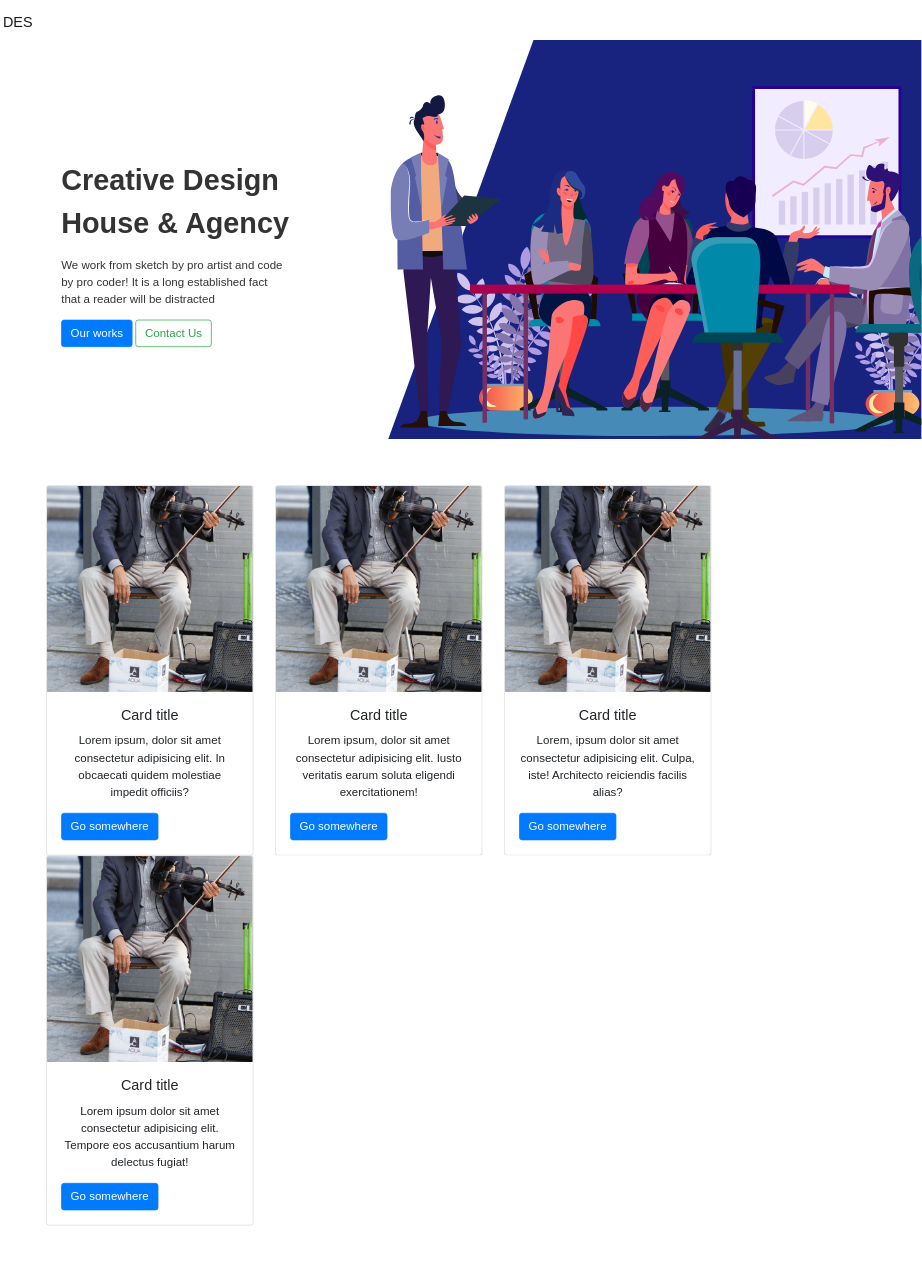
Repository: stephenkayade/Tarm
Page: index.html
An editor plug-in stored every save of this project. The page is shown before and after the next save, followed by the edit.
The browser window is 1280 px wide. The pictures show the whole page, at 72% of full size.

Above is the page before, as saved 2020-05-07 11:17:11.

### index.html
<!DOCTYPE html>
<html lang="en">

<head>
    <meta charset="UTF-8">
    <meta name="viewport" content="width=device-width, initial-scale=1.0">
    <link rel="stylesheet" href="https://stackpath.bootstrapcdn.com/bootstrap/4.4.1/css/bootstrap.min.css"
        integrity="sha384-Vkoo8x4CGsO3+Hhxv8T/Q5PaXtkKtu6ug5TOeNV6gBiFeWPGFN9MuhOf23Q9Ifjh" crossorigin="anonymous">
    <script src="https://code.jquery.com/jquery-3.4.1.slim.min.js"
        integrity="sha384-J6qa4849blE2+poT4WnyKhv5vZF5SrPo0iEjwBvKU7imGFAV0wwj1yYfoRSJoZ+n"
        crossorigin="anonymous"></script>

    <script src="https://stackpath.bootstrapcdn.com/bootstrap/4.4.1/js/bootstrap.min.js"
        integrity="sha384-wfSDF2E50Y2D1uUdj0O3uMBJnjuUD4Ih7YwaYd1iqfktj0Uod8GCExl3Og8ifwB6"
        crossorigin="anonymous"></script>
    <link rel="stylesheet" href="https://stackpath.bootstrapcdn.com/font-awesome/4.7.0/css/font-awesome.min.css">
    <link rel="stylesheet" href="css/style.css">
    <title>Document</title>
</head>

<body>
    <section id="nav-bar">
        <nav class="navbar navbar-expand-lg navbar-light">
            <!-- <h1>DES</h1> -->
            <h1><a class="navbar-brand ml-1" href="#">DES</a></h1>
            <button class="navbar-toggler" type="button" data-toggle="collapse" data-target="#navbarNav"
                aria-controls="navbarNav" aria-expanded="false" aria-label="Toggle navigation">
                <i class="fa fa-bars"></i>
            </button>

            <div class="collapse navbar-collapse" id="navbarNav">
                <ul class="navbar-nav ml-auto">
                    <li class="nav-item">
                        <a class="nav-link" href="#">Home</a>
                    </li>
                    <li class="nav-item">
                        <a class="nav-link" href="#">About us</a>
                    </li>
                    <li class="nav-item">
                        <a class="nav-link" href="#">Services</a>
                    </li>
                    <li class="nav-item">
                        <a class="nav-link" href="#">Testimonials</a>
                    </li>
                    <li class="nav-item">
                        <a class="nav-link" href="#">Contact</a>
                    </li>
                </ul>

            </div>
        </nav>

    </section>

    <!---------------------------banner---------------------------->
    <section id="banner">
        <div class="container">
            <div class="row">
                <div class="col-md-6">
                    <p class="promo-title">Creative Design <br>House & Agency</p>
                    <p>We work from sketch by pro artist and code <br>
                        by pro coder! It is a long established fact <br>
                        that a reader will be distracted</p>
                    <div class="btn-control">
                        <div class="btn btn-primary">Our works</div>
                        <div class="btn btn-outline-success">Contact Us</div>
                    </div>
                </div>

            </div>
        </div>
    </section>

    <section id="img">
        <div class="row">
            <div class="col-md-auto">
                <div class="card" style="width: 18rem;">
                    <img src="./img/man-street-sitting-hat-2995066.jpg" class="card-img-top" alt="...">
                    <div class="card-body">
                        <h5 class="card-title text-center">Card title</h5>
                        <p class="card-text text-center">Lorem ipsum, dolor sit amet consectetur adipisicing elit. In
                            obcaecati quidem molestiae impedit officiis?</p>
                        <a href="#" class="btn btn-primary">Go somewhere</a>
                    </div>
                </div>
            </div>
            <div class="col-md-auto">
                <div class="card" style="width: 18rem;">
                    <img src="./img/man-street-sitting-hat-2995066.jpg" class="card-img-top" alt="...">
                    <div class="card-body">
                        <h5 class="card-title text-center">Card title</h5>
                        <p class="card-text text-center">Lorem ipsum, dolor sit amet consectetur adipisicing elit. Iusto
                            veritatis earum soluta eligendi exercitationem!</p>
                        <a href="#" class="btn btn-primary">Go somewhere</a>
                    </div>
                </div>
            </div>
            <div class="col-md-auto">
                <div class="card" style="width: 18rem;">
                    <img src="./img/man-street-sitting-hat-2995066.jpg" class="card-img-top" alt="...">
                    <div class="card-body">
                        <h5 class="card-title text-center">Card title</h5>
                        <p class="card-text text-center">Lorem, ipsum dolor sit amet consectetur adipisicing elit.
                            Culpa, iste! Architecto reiciendis facilis alias?</p>
                        <a href="#" class="btn btn-primary">Go somewhere</a>
                    </div>
                </div>
            </div>
            <div class="col-md-auto">
                <div class="card" style="width: 18rem;">
                    <img src="./img/man-street-sitting-hat-2995066.jpg" class="card-img-top" alt="...">
                    <div class="card-body">
                        <h5 class="card-title text-center">Card title</h5>
                        <p class="card-text text-center">Lorem ipsum dolor sit amet consectetur adipisicing elit.
                            Tempore eos accusantium harum delectus fugiat!</p>
                        <a href="#" class="btn btn-primary">Go somewhere</a>
                    </div>
                </div>
            </div>
        </div>
    </section>

    <section id="ceo">
        <div class="row">
            <div class="col-md-auto">

            </div>
        </div>
    </section>
    <section id="recommendation">

    </section>


</body>

</html>

### css/style.css
*{
    margin: 0;
    padding: 0;
}
body{
    font-family: sans-serif;
}
#nav-bar{
    position: sticky;
    top: 0;
    z-index: 10;
}
.navbar{
    background-image: cross-fade(to right, #fff,#17237f);
    padding: 0 !important;
}
.navbar-brand img{
    height:40px;
    padding-left: 20px;
}
.navbar-nav li{
    padding: 0 10px;

}
.navbar-nav li a{
    color: #fff !important;
    font-weight: 600;
    float: right;
    text-align: left;
}
.fa-bars{
    color: #fff;
    font-size: 30px !important;
}
#img{
    display: flex;
    flex-direction: row;
    justify-content: center;
    padding: 5%;
}


/* ------------banner section-------------------- */
#banner{
    background: url('/img/adj.svg') no-repeat center center/cover;
    color: #333;
    padding-top: 5%;
    padding-bottom: 10%;
}
.promo-title{
    font-size: 40px;
    font-weight: 600;
    margin-top:100px ;
}
.play-btn{
    width:45px;
    margin: 20px;
}
#banner a{
    color: #fff;
    text-decoration: none;
}
.bottom-img{
    width: 100%;
}
/* ---------------------services section---------------------- */
#services{
    padding: 80px 0;
}
.service-img{
    width: 140px;
    margin-top: 20px;
}
.services{
    padding: 20px;
}
.services h4{
    padding: 5px;
    margin-top: 25px;
    text-transform: uppercase;
}
.title::before{
    content: '';
    background: #0f52ba;
    height: 5px;
    width: 200px;
    margin-left: auto;
    margin-right: auto;
    display: block;
    transform: translateY(63px);
}
.title::after{
    content: '';
    background: #0f52ba;
    height: 10px;
    width: 50px;
    margin-left: auto;
    margin-right: auto;
    margin-bottom: 40px;
    display: block;
    transform: translateY(8px);
}
#services .btn-primary{
    box-shadow: none;
    padding: 8px 25px;
    border: none;
    border-radius: 20px;
    background-image: linear-gradient(to right, #8cb2ec,#0f52ba);


}

After the next save:
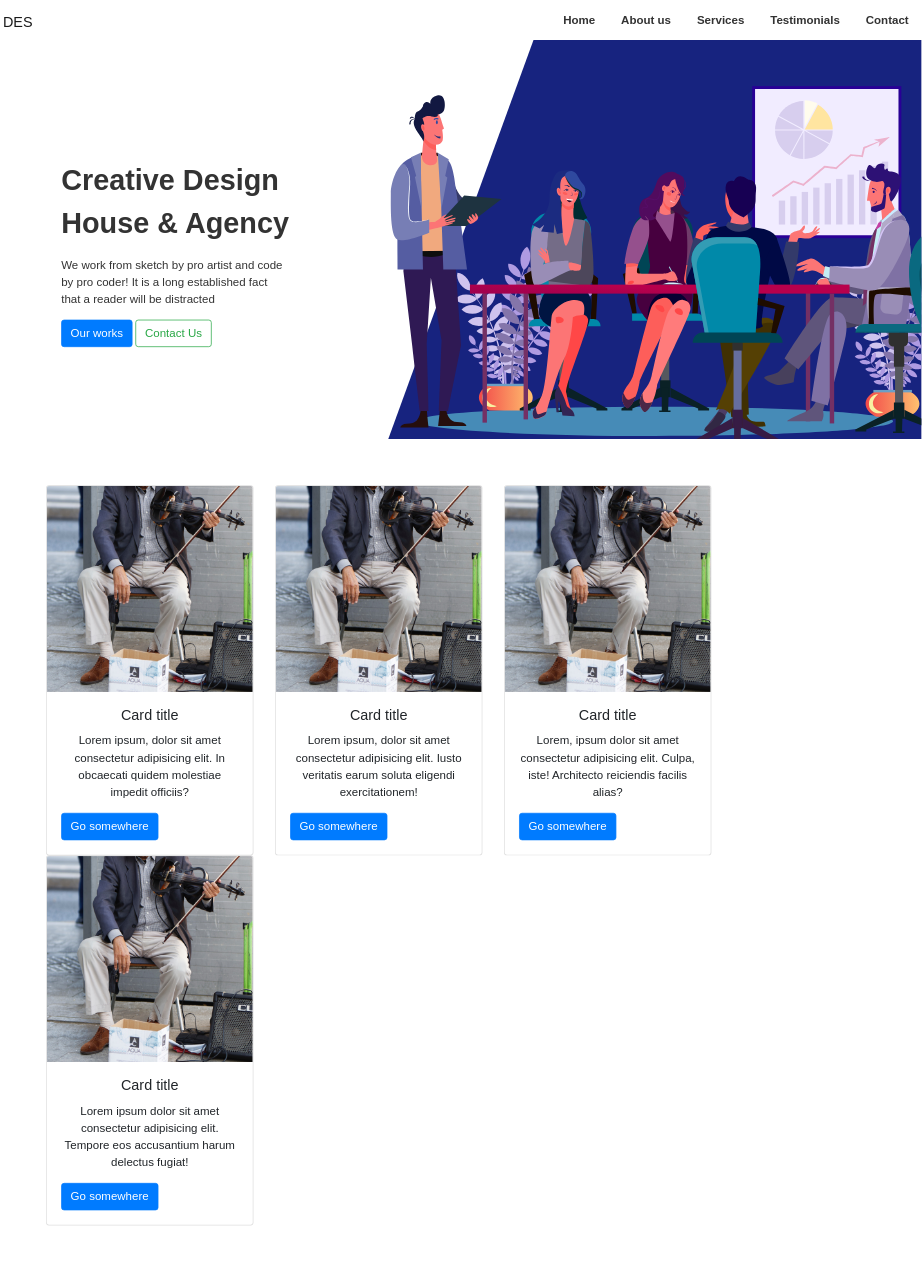
Saved 17 s later.
--- a/css/style.css
+++ b/css/style.css
@@ -23,7 +23,7 @@
 
 }
 .navbar-nav li a{
-    color: #fff !important;
+    color: #333 !important;
     font-weight: 600;
     float: right;
     text-align: left;

After the save that followed:
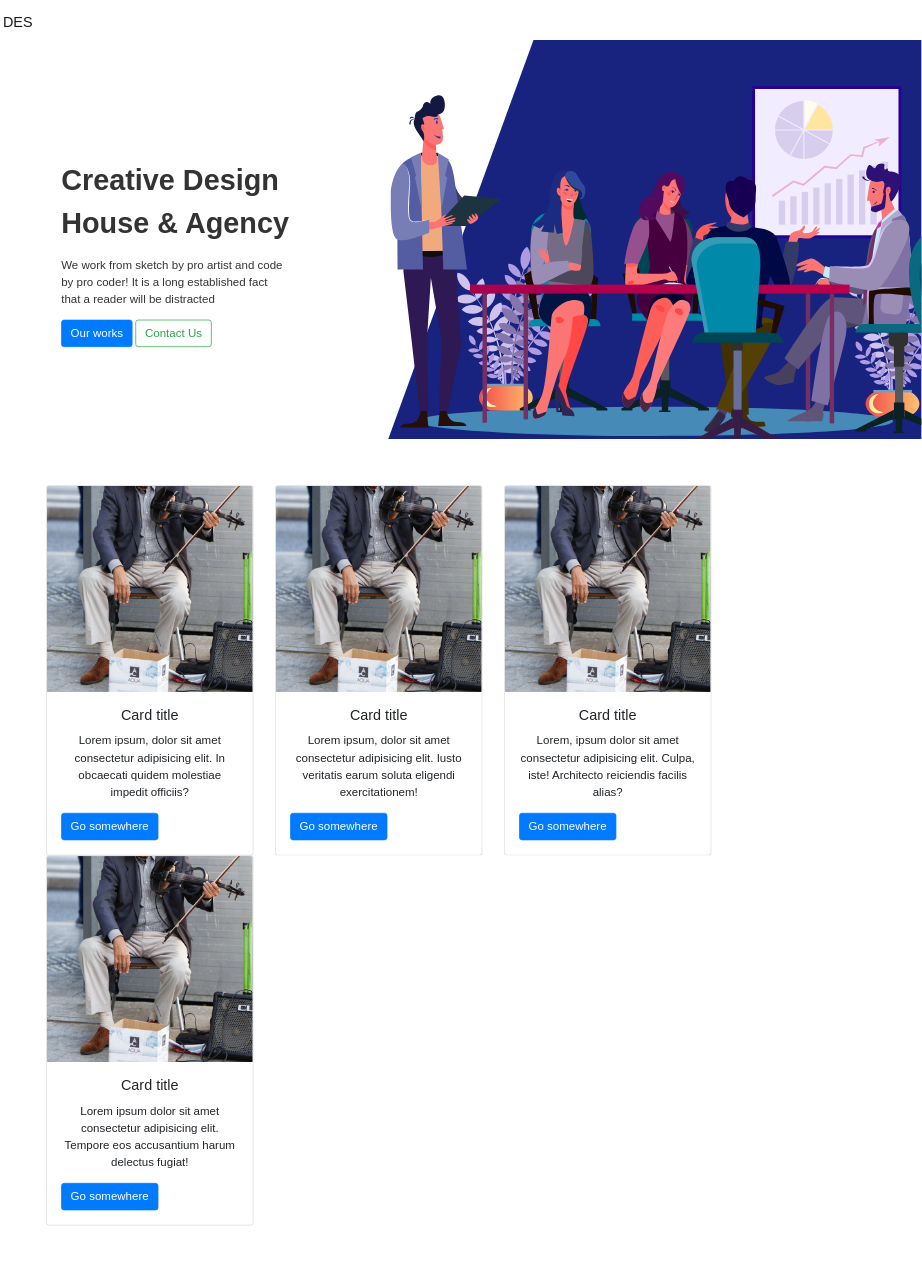
Saved 20 s later.
--- a/css/style.css
+++ b/css/style.css
@@ -23,7 +23,7 @@
 
 }
 .navbar-nav li a{
-    color: #333 !important;
+    color: #fff !important;
     font-weight: 600;
     float: right;
     text-align: left;
